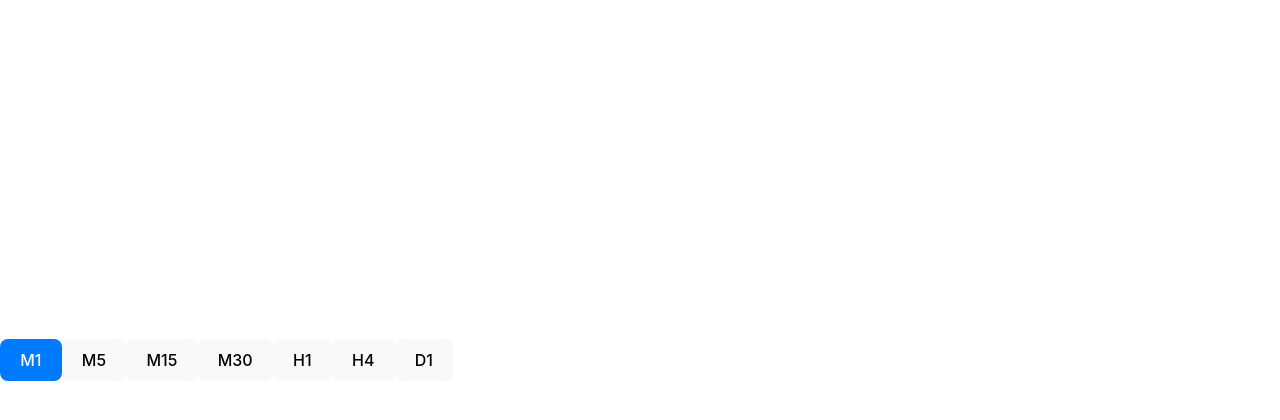
Repository: Deobp/RetroTrader
Page: /
These files come from the project's save history. The page is drawn as it stood at one moment and after the next save; the edit follows.
The browser window is 1280 px wide. The pictures show the whole page.
The project was rebuilt for these pictures with package versions that can differ from the ones it lists, and the page was loaded fresh each time. Also part of the build but not shown: vite.config.js.

Above is the page before, as saved 2024-11-16 23:27:07.

### src/App.jsx
import { useState } from 'react'
import './App.css'
import TimeframeControls from './components/Controls/TimeframeControls';

function App() {
  const [timeframe, setTimeframe] = useState('1m');
  return (
    <div>
      <TimeframeControls setTf={setTimeframe} activeTf={timeframe} />
    </div>
  )

}

export default App

### src/App.css
.timeframe-buttons button.active {
  background-color: #007bff; /* Change to your desired active color */
  color: white; /* Change text color for better contrast */
}

### src/components/Controls/TimeframeControls.jsx
import React from "react";

const TimeframeControls = ({ setTf, activeTf }) => {
  return (
    <div className="timeframe-buttons">
      <button
        onClick={() => setTf("1m")}
        className={activeTf === "1m" ? "active" : ""}
      >
        M1
      </button>
      <button
        onClick={() => setTf("5m")}
        className={activeTf === "5m" ? "active" : ""}
      >
        M5
      </button>
      <button
        onClick={() => setTf("15m")}
        className={activeTf === "15m" ? "active" : ""}
      >
        M15
      </button>
      <button
        onClick={() => setTf("30m")}
        className={activeTf === "30m" ? "active" : ""}
      >
        M30
      </button>
      <button
        onClick={() => setTf("1h")}
        className={activeTf === "1h" ? "active" : ""}
      >
        H1
      </button>
      <button
        onClick={() => setTf("4h")}
        className={activeTf === "4h" ? "active" : ""}
      >
        H4
      </button>
      <button
        onClick={() => setTf("1d")}
        className={activeTf === "1d" ? "active" : ""}
      >
        D1
      </button>
    </div>
  );
};

export default TimeframeControls;

Loaded but not shown: index.html (common file); src/main.jsx (common file); src/index.css (common file)

After the next save:
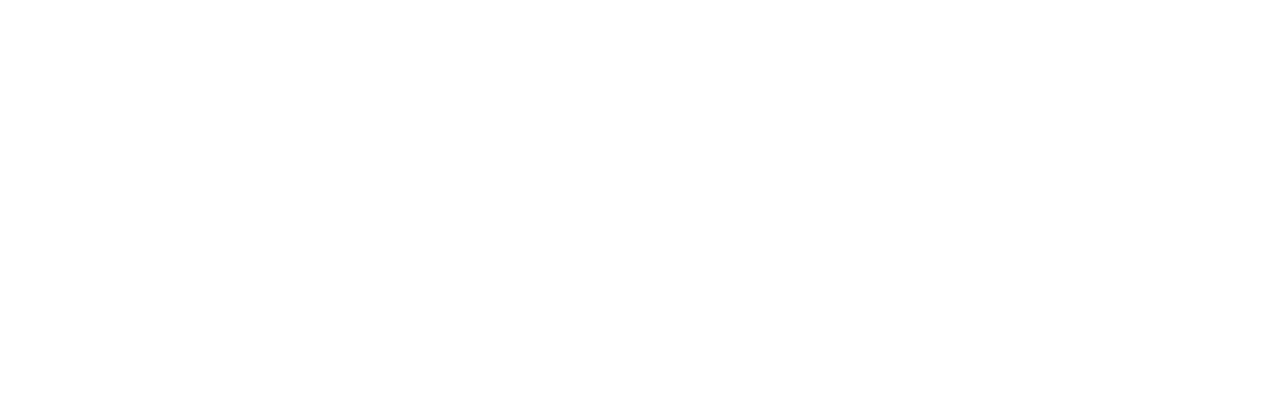
Console error: ReferenceError: PropTypes is not defined
Saved 97 s later.
--- a/src/components/Controls/TimeframeControls.jsx
+++ b/src/components/Controls/TimeframeControls.jsx
@@ -1,6 +1,9 @@
-import React from "react";
 
 const TimeframeControls = ({ setTf, activeTf }) => {
+  TimeframeControls.propTypes = {
+    setTf: PropTypes.func.isRequired,
+    activeTf: PropTypes.string.isRequired,
+  };
   return (
     <div className="timeframe-buttons">
       <button

After the save that followed:
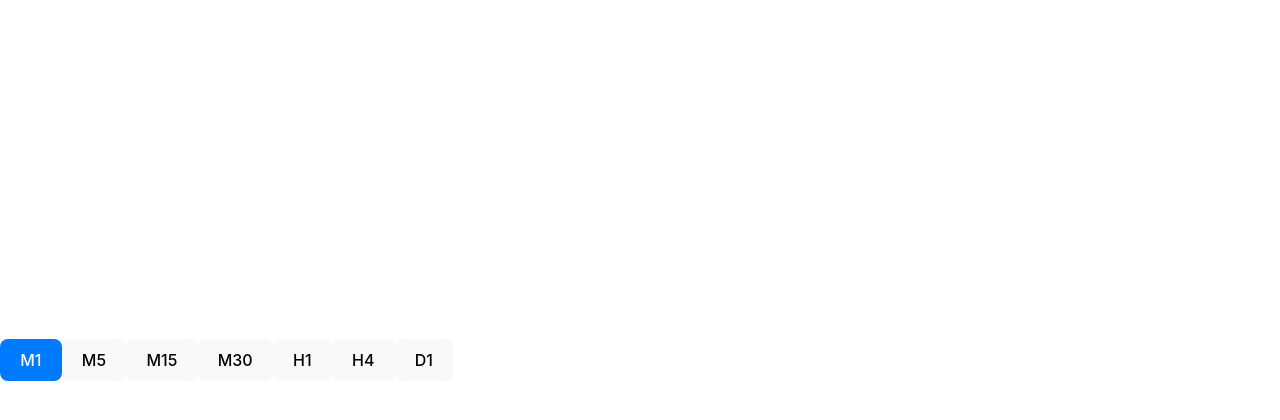
The error is gone.
Saved 20 s later.
--- a/src/components/Controls/TimeframeControls.jsx
+++ b/src/components/Controls/TimeframeControls.jsx
@@ -1,3 +1,4 @@
+import PropTypes from "prop-types";
 
 const TimeframeControls = ({ setTf, activeTf }) => {
   TimeframeControls.propTypes = {
